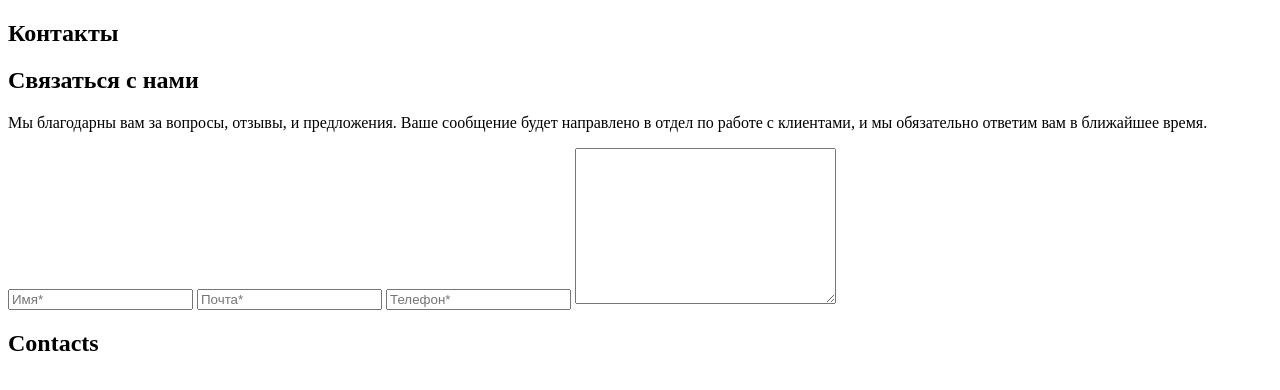
Repository: Azimich/Cleaning_
Page: src/pages/MainPage/contacts/contacts.html
These files come from the project's save history. The page is drawn as it stood at one moment and after the next save; the edit follows.
The browser window is 1280 px wide. The pictures show the whole page.

Above is the page before, as saved 2022-10-11 20:46:44.

After the next save:
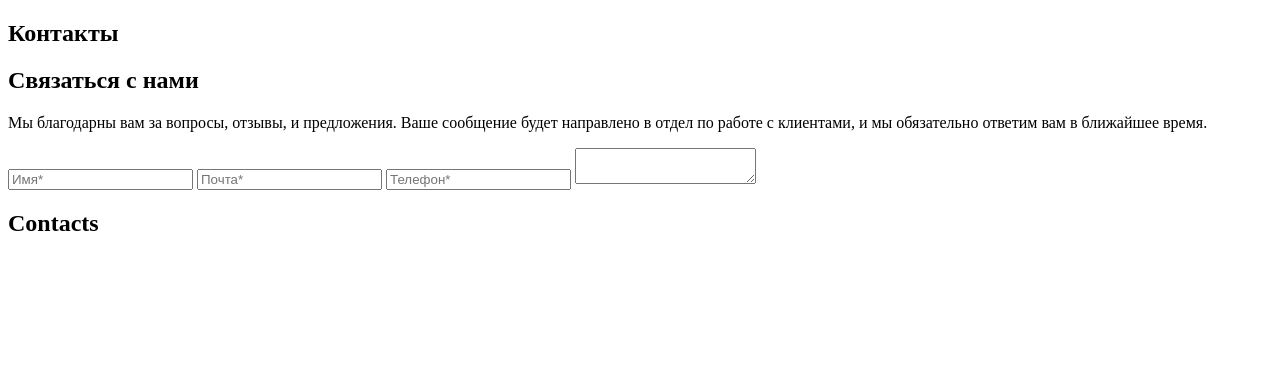
Saved 6 s later.
--- a/src/pages/MainPage/contacts/contacts.html
+++ b/src/pages/MainPage/contacts/contacts.html
@@ -17,7 +17,7 @@
             <input type="name" name="name" placeholder="Имя*">
             <input type="mail" name="mail" placeholder="Почта*">
             <input type="tel" name="tel" placeholder="Телефон*">
-            <textarea name="" id="" cols="30" rows="10"></textarea>
+            <textarea name="" id="" ></textarea>
           </form>
         </div>
         <div class="contacts__maps"></div>
